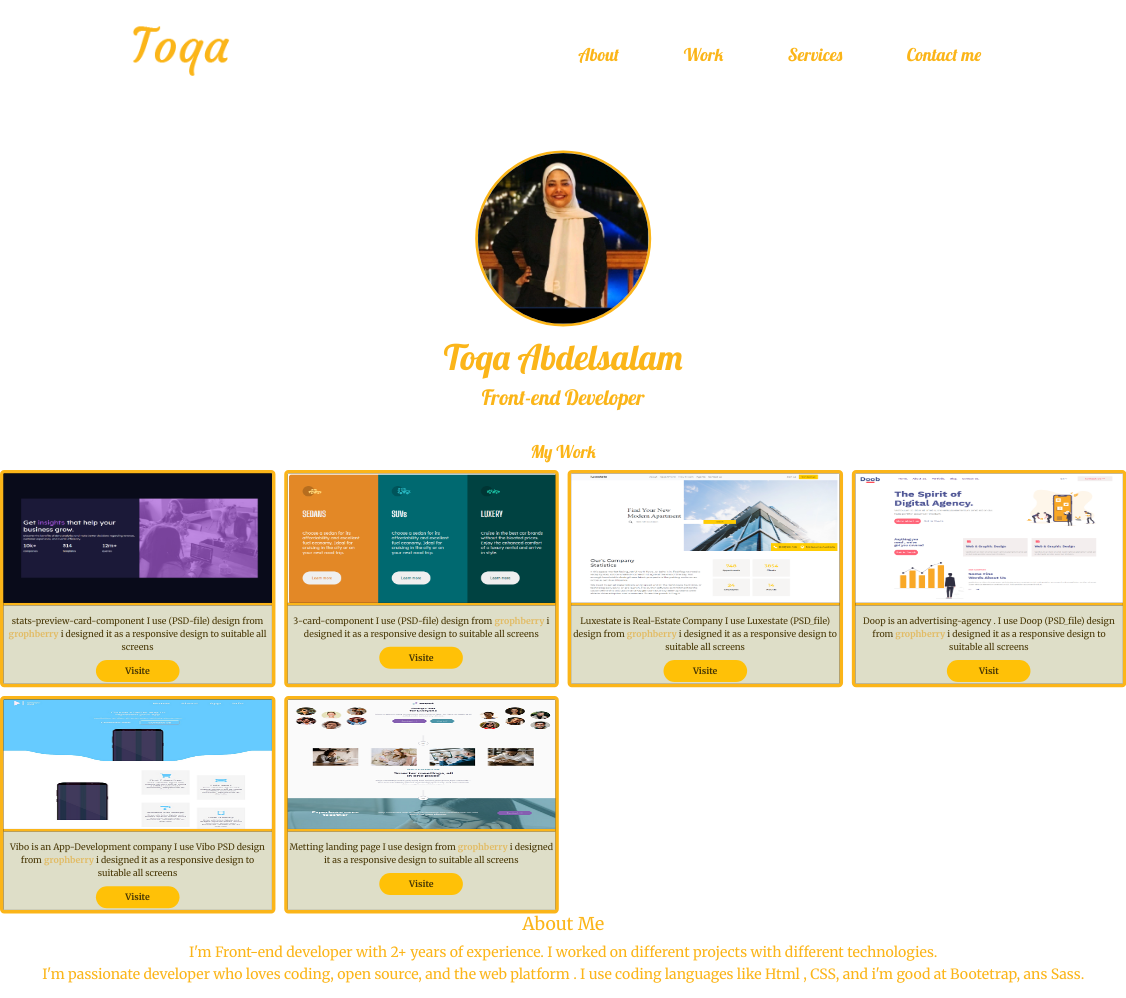
Repository: Toqa-25/portfolio
Page: index.html
An editor plug-in stored every save of this project. The page is shown before and after the next save, followed by the edit.
The browser window is 1280 px wide. The pictures show the whole page, at 88% of full size.
Some web fonts or font styles are not loaded; a fallback is used.

Above is the page before, as saved 2021-10-31 18:10:17.

After the next save:
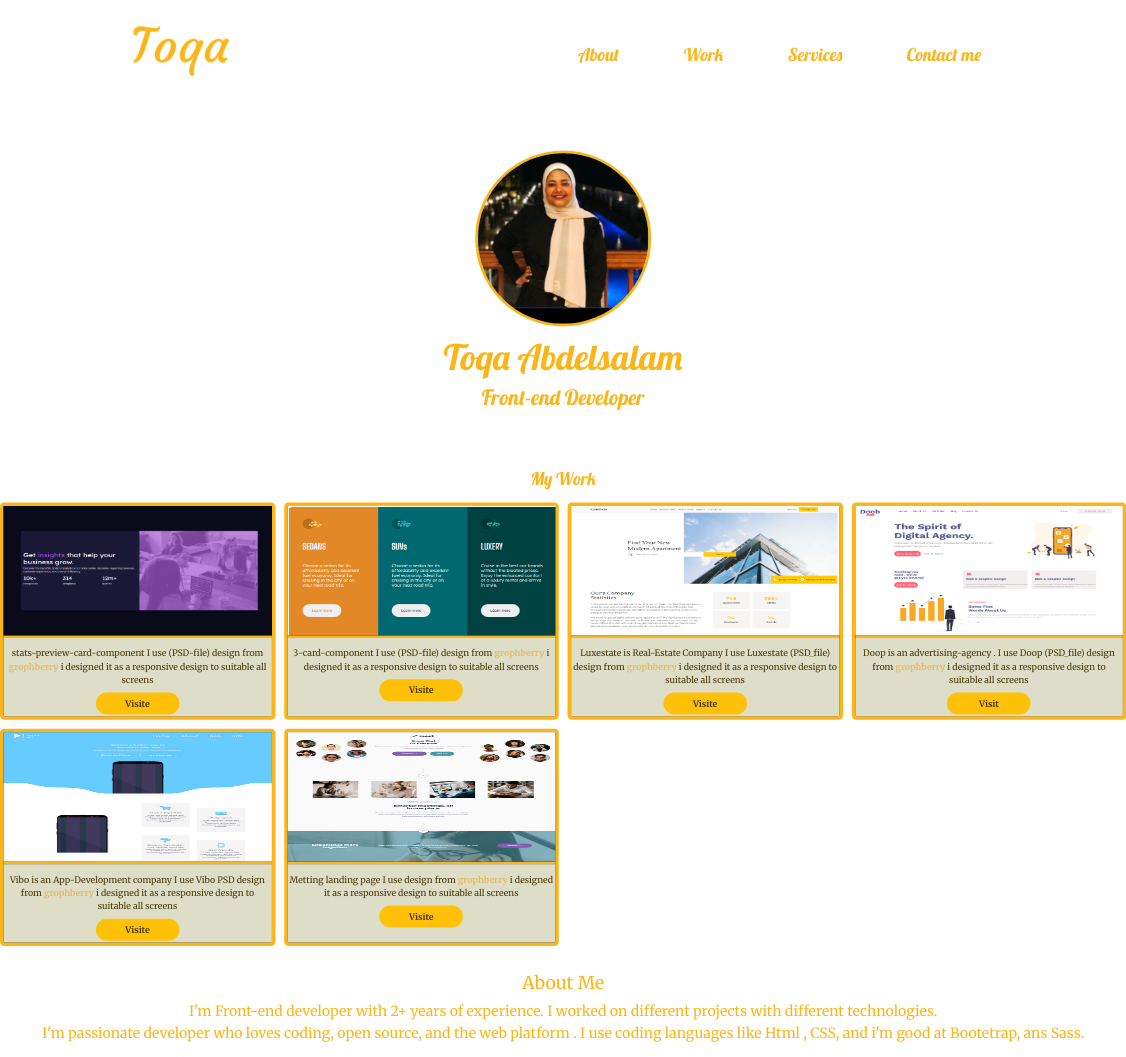
Saved 7 s later.
--- a/index.html
+++ b/index.html
@@ -66,7 +66,7 @@
     </section> <!-- end information  section -->
 
       <!-- my-work  section -->
-      <section class="section work">
+      <section class="pad work">
       <h5>My Work</h5>
       <div class="card-groups">
       <div class="project card" role="menu">
